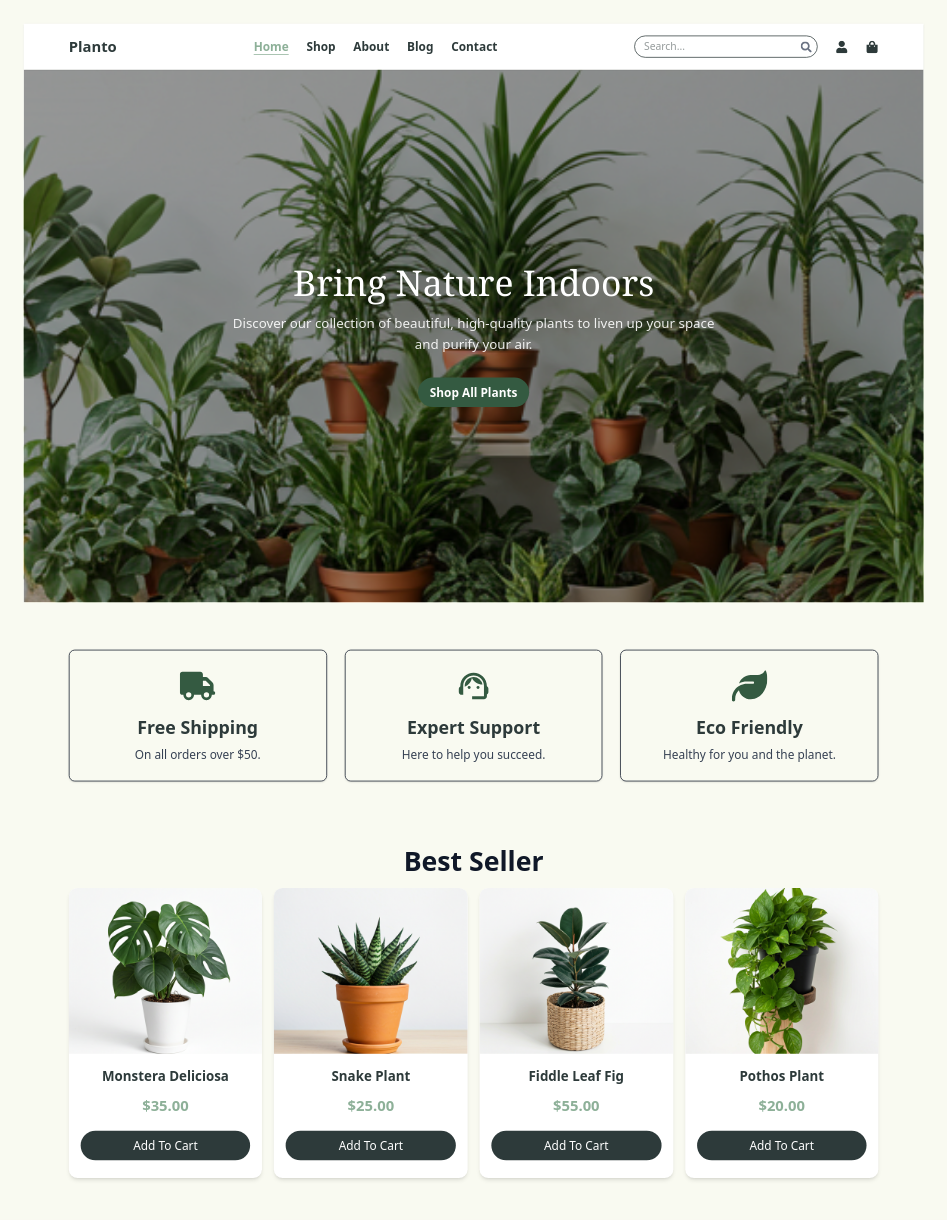
Repository: mazenessam99/Planto
Page: /
An editor plug-in stored every save of this project. The page is shown before and after a run of saves, followed by the edit.
The browser window is 1280 px wide. The pictures show the whole page, at 74% of full size.
The project was rebuilt for these pictures with package versions that can differ from the ones it lists, and the page was loaded fresh each time. Also part of the build but not shown: vite.config.js.

Above is the page before, as saved 2025-11-22 23:23:07.

### index.html
<!doctype html>
<html lang="en">
  <head>
    <meta charset="UTF-8" />
    <link rel="icon" type="image/svg+xml" href="/vite.svg" />
    <meta name="viewport" content="width=device-width, initial-scale=1.0" />
    <title>plants_website</title>
  </head>
  <body>
    <div id="root"></div>
    <script type="module" src="/src/main.jsx"></script>
  </body>
</html>

### src/index.css
@import "tailwindcss";
@import "tailwindcss/theme" layer(theme);
@theme {
  --color-primary: #2D3A3A;
  --color-forest:#386641;
  --color-green:#345A41;
  --color-secondary: #8DB098;
  --color-Terracotta: #C27357;
  --color-sky:#B0D0D3;
  --font-cairo: "Cairo", sans-serif;
  --spacing-128: 32rem;
}

/* ----- BASE ----- */
@layer base {
  body {
    @apply  bg-[#F9FAF1] text-gray-900;
  }
}

/* ----- COMPONENTS ----- */
@layer components {
  .btn {
    @apply bg-primary text-white px-4 py-2 rounded-full cursor-pointer ;
  }
  .btn-green{
    @apply bg-green ;
  }

  .card {
    @apply bg-white p-6 rounded-xl shadow;
  }

}
/* Scrollbar width */
::-webkit-scrollbar {
  width: 8px;
}

/* Scrollbar track  */
::-webkit-scrollbar-track {
  background: #2D3A3A;
  border-radius: 8px;
}

/* Scrollbar thumb  */
::-webkit-scrollbar-thumb {
  background-color: #8DB098;
  border-radius: 8px;
}

::-webkit-scrollbar-thumb:hover {
  background-color: #789983;
}

.container{
  width:90%;
  margin:0 auto;
}

### src/App.jsx

import './App.css'
import Button from './components/ui/Button'
import Home from './pages/Home'

function App() {


  return (
    <>
      <Home/>


    </>
  )
}

export default App

### src/components/ui/Button.jsx
const Button = ({ children, className = "",variant="", ...props }) => {
    return (
        <button className={`btn btn-${variant} ${className}`} {...props}>
            {children}
        </button>
    )
}

export default Button

### src/pages/Home.jsx
import BestSeller from '../components/layout/BestSeller'
import DeliveryCard from '../components/layout/DeliveryCard'
import Hero from '../components/layout/Hero'
import Navbar from '../components/layout/Navbar'

const Home = () => {
  return (
    <div>
        <Navbar/>
        <Hero/>
        <DeliveryCard/>
        <BestSeller/>
    </div>
  )
}

export default Home

### src/components/layout/BestSeller.jsx
import React from 'react'
import { BESTSELLER_CARDS } from '../../utils/constants';
import ProductCard from '../ui/ProductCard';

const BestSeller = () => {
  return (
    <section className='container py-6'>
        <h2 className="text-4xl text-center font-bold mb-4">Best Seller</h2>
        <div className='grid grid-cols-1 sm:grid-cols-2 lg:grid-cols-4 gap-4'>
            {BESTSELLER_CARDS.map((card,index)=>(
                <ProductCard src={card.src} title={card.title} price={card.price}/>
        ))}
        </div>

    </section>
  )
}

export default BestSeller;

### src/components/layout/DeliveryCard.jsx
import { motion } from "framer-motion";
import { DELIVERY_CARDS } from "../../utils/constants";
import { FaTruck, FaLeaf } from "react-icons/fa6";
import { MdSupportAgent } from "react-icons/md";

const icons = {
  truck: <FaTruck />,
  support: <MdSupportAgent />,
  leaf: <FaLeaf />,
};

const DeliveryCards = () => {
  return (
    <section className="container py-16">
      <div className="grid grid-cols-1 sm:grid-cols-2 lg:grid-cols-3 gap-6">
        {DELIVERY_CARDS.map((card, index) => (
          <div key={card.id} className="flex flex-col items-center justify-center text-center p-6 border rounded-lg shadow hover:shadow-lg  transition">
            <div className="text-5xl text-green">
              {icons[card.icon]}
            </div>
            <h3 className="mt-4 mb-2 font-bold text-xl md:text-2xl text-primary">{card.title}</h3>
            <p className="text-gray-700 ">{card.desc}</p>
          </div>
        ))}

      </div>
    </section>
  );
};

export default DeliveryCards;

### src/components/layout/Hero.jsx
import { motion } from "framer-motion";
import HeroImg from "../../assets/images/Hero.png";
import Button from "../ui/Button";

const Hero = () => {
  return (
    <section
      className="relative h-screen overflow-hidden"
    >

      <motion.div
        className="absolute inset-0 bg-cover bg-center"
        style={{ backgroundImage: `url(${HeroImg})` }}
        animate={{ scale: [1, 1.05, 1] }}
        transition={{ duration: 10, repeat: Infinity, ease: "easeInOut" }}
      />

      {/* Overlay */}
      <div className="absolute inset-0 bg-black/40"></div>

      <div className="relative z-10 flex flex-col items-center justify-center h-full px-4 md:px-0 space-y-4 text-center">
        <motion.h1
          initial={{ y: -20, opacity: 0 }}
          animate={{ y: 0, opacity: 1 }}
          transition={{ duration: 0.8 }}
          className="text-white text-2xl md:text-4xl lg:text-5xl font-serif"
        >
          Bring Nature Indoors
        </motion.h1>

        <motion.h2
          initial={{ y: 20, opacity: 0 }}
          animate={{ y: 0, opacity: 1 }}
          transition={{ duration: 0.8, delay: 0.3 }}
          className="text-white/90 text-sm md:text-base lg:text-lg max-w-2xl font-normal"
        >
          Discover our collection of beautiful, high-quality plants to liven up your space and purify your air.
        </motion.h2>

        <motion.div
          initial={{ scale: 0.8, opacity: 0 }}
          animate={{ scale: 1, opacity: 1 }}
          transition={{ duration: 0.5, delay: 0.6 }}
        >
          <Button className="btn-green font-bold mt-4">Shop All Plants</Button>
        </motion.div>
      </div>
    </section>
  );
};

export default Hero;

### src/components/layout/Navbar.jsx
import { useState } from "react";
import { NavLink } from "react-router-dom";
import { NAVBAR_LINKS } from "../../utils/constants";
import { FaBars, FaSearch, FaUser, FaShoppingBag } from "react-icons/fa";
import { IoClose } from "react-icons/io5";
import { motion, AnimatePresence } from "framer-motion";

const Navbar = () => {
    const [menuOpen, setMenuOpen] = useState(false);

    return (
        <nav className="bg-white shadow sticky top-0 z-50 ">
            <div className="container flex justify-between items-center py-4">
                {/* Logo */}
                <a href="/" className="text-primary text-xl font-bold">Planto</a>

                {/* Desktop Links */}
                <ul className="hidden md:flex gap-6 items-center">
                    {NAVBAR_LINKS.map((link) => (
                        <li key={link.id}>
                            <NavLink
                                to={link.path}
                                className={({ isActive }) =>
                                    `text-primary font-semibold transition hover:text-secondary
                                ${isActive ? "text-secondary underline underline-offset-4" : ""}`
                                }
                            >
                                {link.label}
                            </NavLink>
                        </li>
                    ))}
                </ul>

                {/* Desktop Icons + Search */}
                <div className="hidden md:flex gap-6 items-center text-primary">
                    {/* Search input */}
                    <div className="relative">
                        <input
                            type="text"
                            placeholder="Search..."
                            className="border rounded-full pl-3 pr-8 py-1 text-sm focus:outline-none focus:ring-2 focus:ring-secondary"
                        />
                        <FaSearch size={15} className="absolute right-2 top-2 text-gray-500" />
                    </div>

                    <FaUser size={17} className="cursor-pointer hover:text-secondary" />
                    <FaShoppingBag size={17} className="cursor-pointer hover:text-secondary" />
                </div>

                {/* Mobile menu button */}
                <button
                    className="md:hidden text-primary"
                    onClick={() => setMenuOpen(true)}
                    aria-label="Open menu"
                    aria-expanded={menuOpen}
                >
                    <FaBars size={22} />
                </button>
            </div>

            {/* Mobile overlay + drawer (AnimatePresence for exit animation) */}
            <AnimatePresence>
                {menuOpen && (
                    <motion.div
                        className="md:hidden fixed inset-0 z-40"
                        initial={{ opacity: 0 }}
                        animate={{ opacity: 1 }}
                        exit={{ opacity: 0 }}
                        onClick={() => setMenuOpen(false)}
                    >
                        {/* Drawer */}
                        <motion.div
                            className="bg-white w-72 h-full shadow-lg p-6"
                            initial={{ x: "-100%" }}
                            animate={{ x: 0 }}
                            exit={{ x: "-100%" }}
                            transition={{ type: "linear", duration: 0.4 }}
                            onClick={(e) => e.stopPropagation()}
                        >
                            {/* Close */}
                            <div className="flex justify-between items-center mb-6">
                                <a href="/" className="text-lg font-bold text-primary">Planto</a>
                                <button onClick={() => setMenuOpen(false)} aria-label="Close menu">
                                    <IoClose size={26} className="text-primary" />
                                </button>
                            </div>

                            {/* Mobile Search */}
                            <div className="mb-4">
                                <div className="relative">
                                    <input
                                        type="text"
                                        placeholder="Search..."
                                        className="w-full border rounded-full pl-3 pr-8 py-2 text-sm focus:outline-none focus:ring-2 focus:ring-secondary"
                                    />
                                    <FaSearch size={15} className="absolute right-3 top-3 text-gray-500" />
                                </div>
                            </div>

                            {/* Links */}
                            <ul className="flex flex-col gap-4 text-primary font-semibold">
                                {NAVBAR_LINKS.map((link) => (
                                    <li key={link.id}>
                                        <NavLink
                                            to={link.path}
                                            onClick={() => setMenuOpen(false)}
                                            className={({ isActive }) =>
                                                `block py-2 ${isActive ? "text-secondary" : ""}`
                                            }
                                        >
                                            {link.label}
                                        </NavLink>
                                    </li>
                                ))}
                            </ul>

                            {/* Icons */}
                            <div className="flex gap-4 mt-6 text-primary">
                                <FaUser size={18} />
                                <FaShoppingBag size={18} />
                            </div>
                        </motion.div>
                    </motion.div>
                )}
            </AnimatePresence>
        </nav>
    );
};

export default Navbar;

### src/utils/constants.js
import img1 from "../../src/assets/images/Featured_1.png";
import img2 from "../../src/assets/images/Featured_2.png";
import img3 from "../../src/assets/images/Featured_3.png";
import img4 from "../../src/assets/images/Featured_4.png";
// Navbar_Links
export const NAVBAR_LINKS = [
    { id: 1, label: 'Home', path: '/' },
    { id: 2, label: 'Shop', path: '/shop' },
    { id: 3, label: 'About', path: '/about' },
    { id: 4, label: 'Blog', path: '/blog' },
    { id: 5, label: 'Contact', path: '/contact' },
];

// Delivery_Cards
export const DELIVERY_CARDS = [
    { id: 1, icon: "truck", title: "Free Shipping", desc: "On all orders over $50." },
    { id: 2, icon: "support", title: "Expert Support", desc: "Here to help you succeed." },
    { id: 3, icon: "leaf", title: "Eco Friendly", desc: "Healthy for you and the planet." },
];

// BESTSELLER_CARDS
export const BESTSELLER_CARDS=[
    {id:1,src:img1,title:'Monstera Deliciosa',price:'$35.00'},
    {id:2,src:img2,title:'Snake Plant',price:'$25.00'},
    {id:3,src:img3,title:'Fiddle Leaf Fig',price:'$55.00'},
    {id:4,src:img4,title:'Pothos Plant',price:'$20.00'}
]

### src/components/ui/ProductCard.jsx
import Button from "./Button";

const ProductCard = ({src,title,price,showButton=true,buttonText='Add To Cart'}) => {
  return (
    <div className="bg-white rounded-xl shadow-md overflow-hidden flex flex-col hover:shadow-xl transition-all">
      <div className="w-full h-56  ">
        <img src={src} className="w-full h-full object-cover hover:scale-105 transition" alt={title}/>
      </div>
      <div className="p-4 flex flex-col gap-3">
        <h3 className="text-lg font-semibold text-primary">{title}</h3>
      <p className="font-bold text-xl text-secondary">{price}</p>
      {showButton&&(
        <Button className="my-2">
          {buttonText}
        </Button>
      )}
      </div>

    </div>
  )
}

export default ProductCard;

Loaded but not shown: src/main.jsx (common file); src/App.css (common file)

After the next 2 saves:
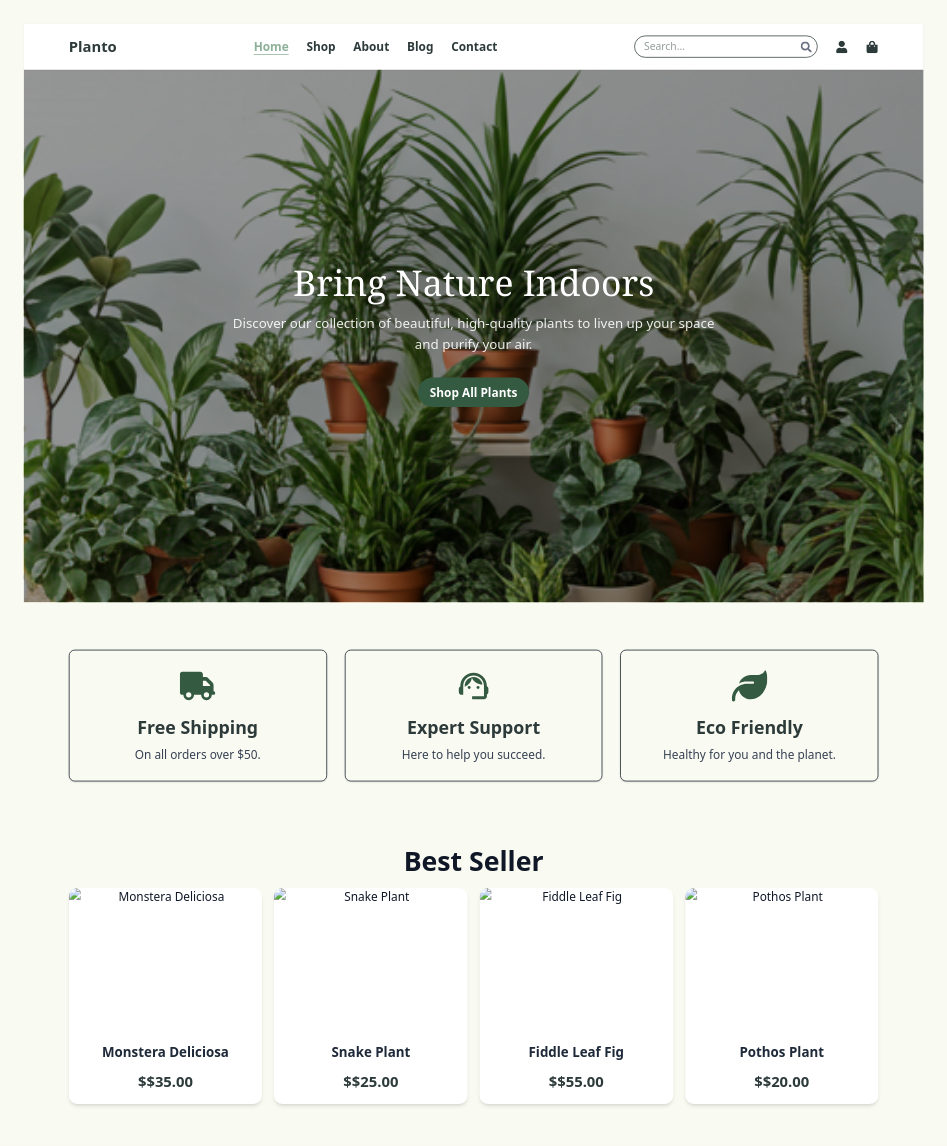
The 2 saves are shown as one change because they came seconds apart.
The last was saved 18 s later.
--- a/src/components/ui/ProductCard.jsx
+++ b/src/components/ui/ProductCard.jsx
@@ -1,23 +1,43 @@
-import Button from "./Button";
+export default function ProductCard({
+  image,
+  title,
+  price,
+  button = false,
+  buttonLabel = "Add to cart",
+  onButtonClick,
+}) {
+  return (
+    <div className="bg-white rounded-xl shadow-md overflow-hidden hover:shadow-xl transition-all duration-300">
 
-const ProductCard = ({src,title,price,showButton=true,buttonText='Add To Cart'}) => {
-  return (
-    <div className="bg-white rounded-xl shadow-md overflow-hidden flex flex-col hover:shadow-xl transition-all">
-      <div className="w-full h-56  ">
-        <img src={src} className="w-full h-full object-cover hover:scale-105 transition" alt={title}/>
+      {/* الصورة - بدون padding - FULL WIDTH */}
+      <div className="w-full h-48">
+        <img
+          src={image}
+          alt={title}
+          className="w-full h-full object-cover hover:scale-110 transition-all duration-500"
+        />
       </div>
+
+      {/* المحتوى فقط هو اللي واخد padding */}
       <div className="p-4 flex flex-col gap-3">
-        <h3 className="text-lg font-semibold text-primary">{title}</h3>
-      <p className="font-bold text-xl text-secondary">{price}</p>
-      {showButton&&(
-        <Button className="my-2">
-          {buttonText}
-        </Button>
-      )}
+
+        {/* العنوان */}
+        <h3 className="text-lg font-semibold text-gray-800">{title}</h3>
+
+        {/* السعر */}
+        <p className="text-primary font-bold text-xl">${price}</p>
+
+        {/* زرار اختياري */}
+        {button && (
+          <button
+            onClick={onButtonClick}
+            className="mt-2 bg-primary text-white py-2 px-4 rounded-lg hover:bg-primary/80 transition"
+          >
+            {buttonLabel}
+          </button>
+        )}
       </div>
 
     </div>
-  )
+  );
 }
-
-export default ProductCard;
